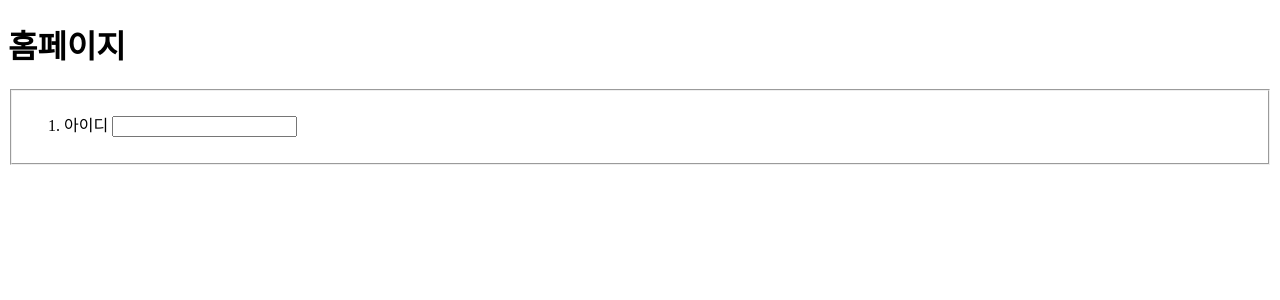
Repository: angelSuho/KCC_Learning_Repo
Page: Html/WebContent/form.html
The author's editor kept a copy of each file at every save. The page is drawn from the files as they stood at one save, then again after the next save.
The browser window is 1280 px wide. The pictures show the whole page.

Above is the page before, as saved 2024-07-08 05:49:50.

After the next save:
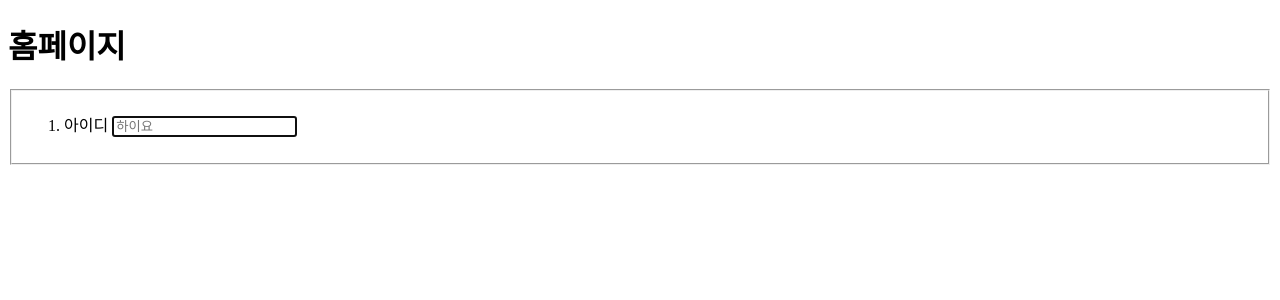
Saved 36 s later.
--- a/Html/WebContent/form.html
+++ b/Html/WebContent/form.html
@@ -11,7 +11,8 @@
 			<ol>
 			<li>
 				<label for="id">아이디</label>
-				<input type="text" name="userId" id="id">
+				<input type="text" name="userId" id="id" autofocus="autofocus"
+				placeholder="하이요">
 			</li>
 			</ol>
 		</fieldset>
